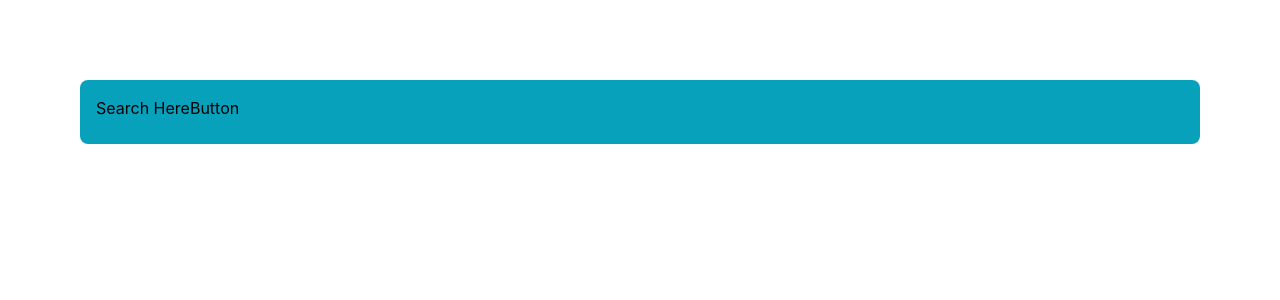
Repository: arafatmollah/pharma
Page: /
An editor plug-in stored every save of this project. The page is shown before and after the next save, followed by the edit.
The browser window is 1280 px wide. The pictures show the whole page.
The project was rebuilt for these pictures with package versions that can differ from the ones it lists, and the page was loaded fresh each time.

Above is the page before, as saved 2023-03-12 01:03:47.

After the next save:
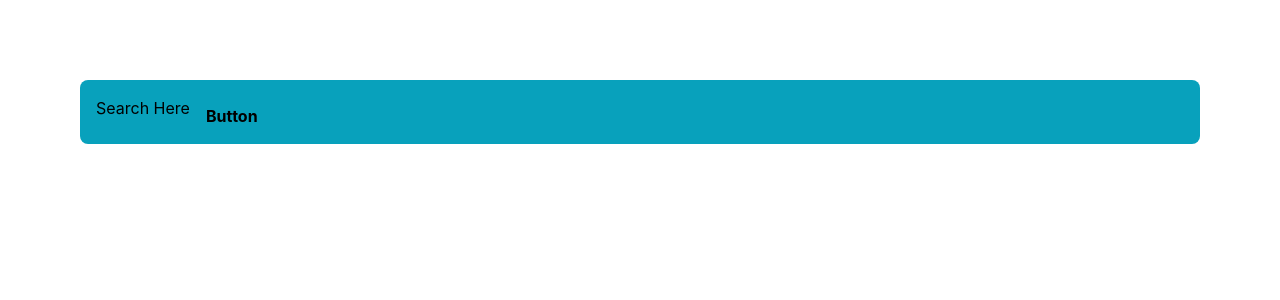
Saved 30 s later.
--- a/src/App.css
+++ b/src/App.css
@@ -1,3 +1,12 @@
 .box-border{
     background-color: #08A1BC;
 }
+.btn {
+    @apply font-bold py-2 px-4 rounded;
+  }
+  .btn-blue {
+    @apply bg-blue-500 text-white;
+  }
+  .btn-blue:hover {
+    @apply bg-blue-700;
+  }
